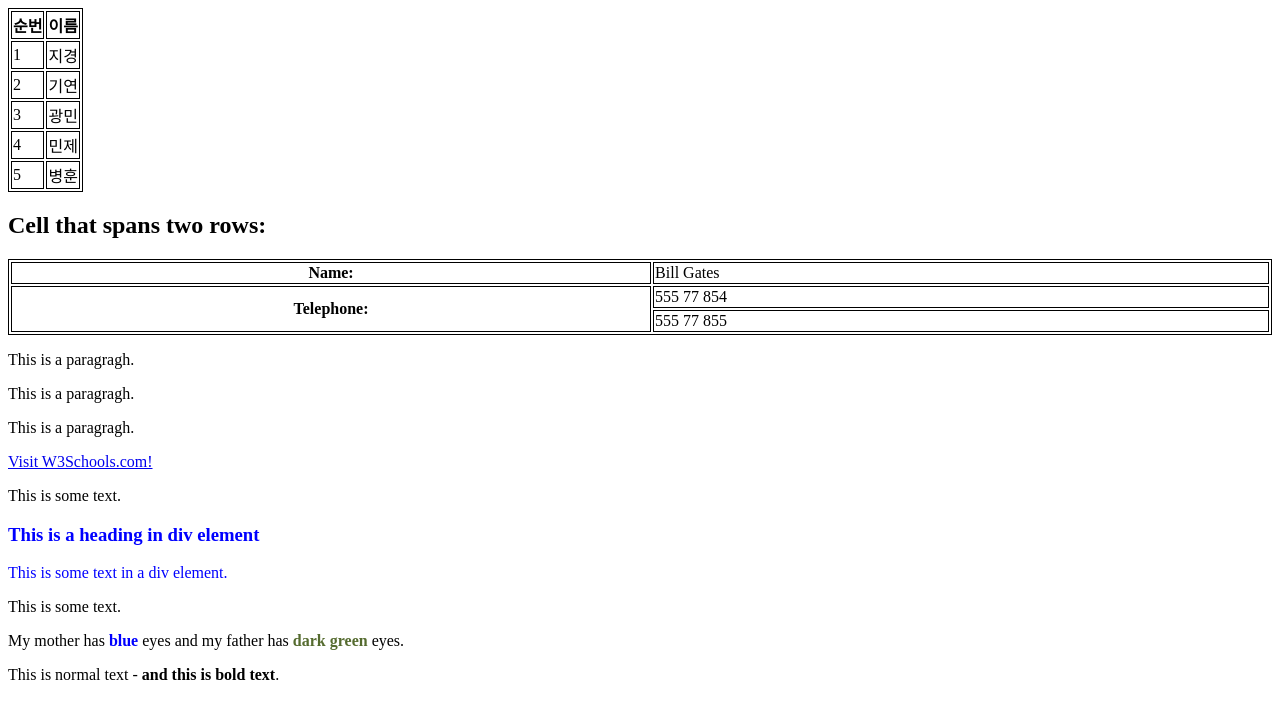
Repository: BaekJiGyeong/JSP
Page: http://localhost/AA_HelloJSP/exercise.jsp
An editor plug-in stored every save of this project. The page is shown before and after the next save, followed by the edit.
The browser window is 1280 px wide. The pictures show the whole page.
The page is served by Tomcat 9.

Above is the page before, as saved 2016-02-02 08:09:24.

After the next save:
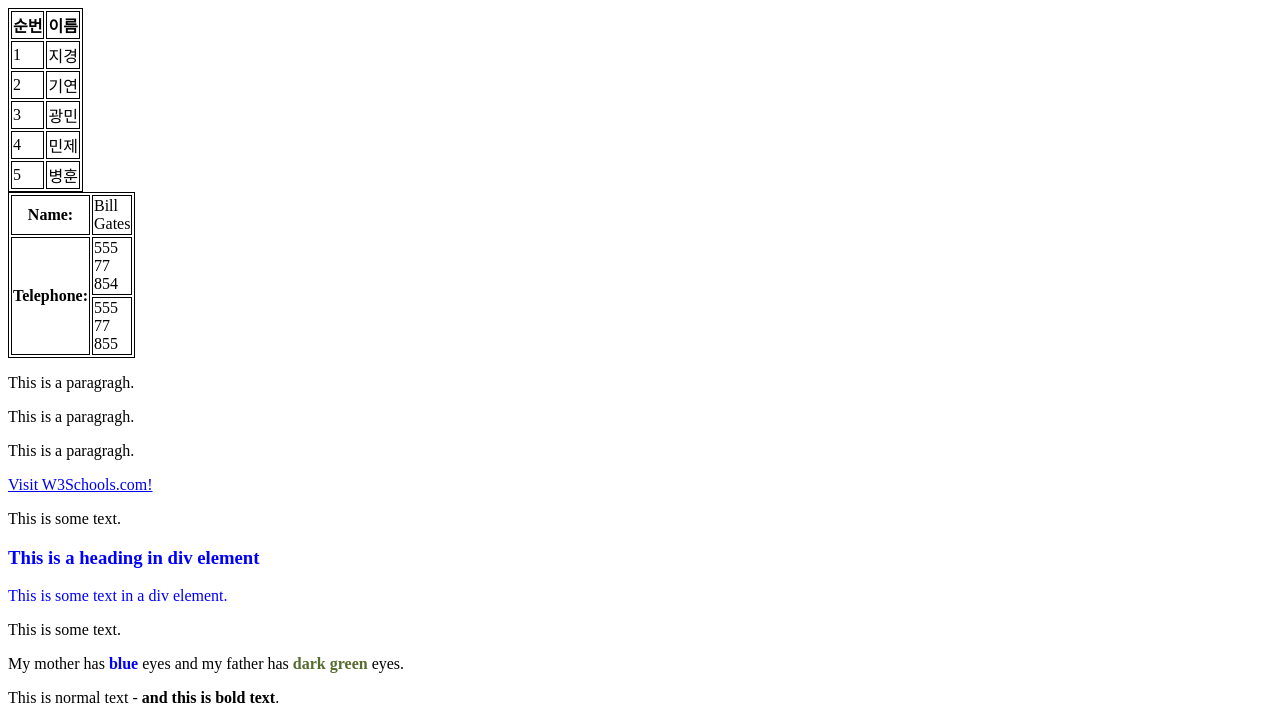
Saved 44 s later.
--- a/AA_HelloJSP/WebContent/exercise.jsp
+++ b/AA_HelloJSP/WebContent/exercise.jsp
@@ -32,8 +32,7 @@ table, th, td {
 
 </table>
 
-<h2>Cell that spans two rows:</h2>
-<table style="width:100%">
+<table style="width:100px">
   <tr>
     <th>Name:</th>
     <td>Bill Gates</td>
